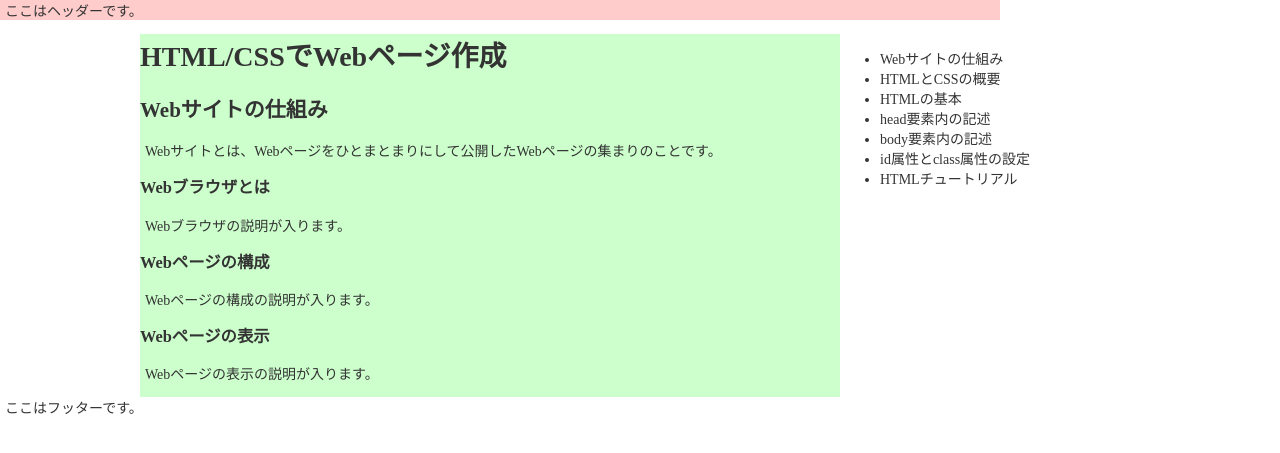
Repository: Naonaka-Saino/first-git
Page: lesson-htmlcss/kadai-html.html
The author's editor kept a record of every edit. The page is drawn from the files as they stood at one moment, then again after the next edit.
The browser window is 1280 px wide. The pictures show the whole page.

Above is the page before.

### lesson-htmlcss/kadai-html.html
<!DOCTYPE html>
<html lang="ja">
    <head>
        <meta charset="utf-8">
        <link rel="stylesheet" href="kadai-css.css">
        <title>HTML/CSSでWebページ作成</title>
    </head>
    <body>
        <header>
            <p>ここはヘッダーです。</p>
        </header>

        <div id="wrapper">
            <div id="main">
                <h1>HTML/CSSでWebページ作成</h1>
                    <h2>Webサイトの仕組み</h2>
                        <p>Webサイトとは、Webページをひとまとまりにして公開したWebページの集まりのことです。</p>
                        <h3>Webブラウザとは</h3>
                            <p>Webブラウザの説明が入ります。</p>
                        <h3>Webページの構成</h3>
                            <p>Webページの構成の説明が入ります。</p>
                        <h3>Webページの表示</h3>
                            <p>Webページの表示の説明が入ります。</p>
            </div>
            <!--mainここまで-->
            <nav id="menu">
                <ul>
                    <li>Webサイトの仕組み</li>
                    <li>HTMLとCSSの概要</li>
                    <li>HTMLの基本</li>
                    <li>head要素内の記述</li>
                    <li>body要素内の記述</li>
                    <li>id属性とclass属性の設定</li>
                    <li>HTMLチュートリアル</li>
                </ul>
            </nav>
        </div>
        <!--wraperここまで-->
        <footer>
            <p>ここはフッターです。</p>
        </footer>
    </body>
</html>

### lesson-htmlcss/kadai-css.css
@charset="UTf-8";

body{
    margin: 0;
    padding: 0;
    color: #333;
    font-size: 14px;
    font-family: "Hiragino Sans";
}

h1,h2,h3{
    margin-top:0;
}

p{
    margin-left:5px;
    margin-top: 0;
}

header{
    width:1000px;
    background-color:#ffcccc;
}

#wrapper{
    width:1000px;
    margin:0 auto;
    display:flex;
}

#main{
    width:700px;
    background-color:#ccffcc;
}

#menu{
    width:300px;
}

After the next edit:
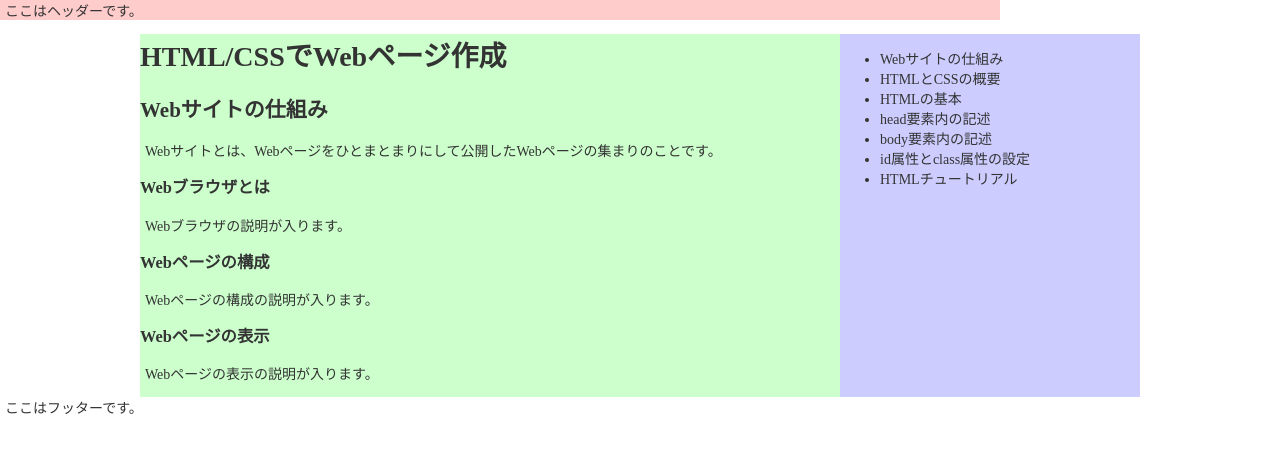
The edit:
--- a/lesson-htmlcss/kadai-css.css
+++ b/lesson-htmlcss/kadai-css.css
@@ -35,4 +35,5 @@
 
 #menu{
     width:300px;
+    background-color:#ccccff;
 }
